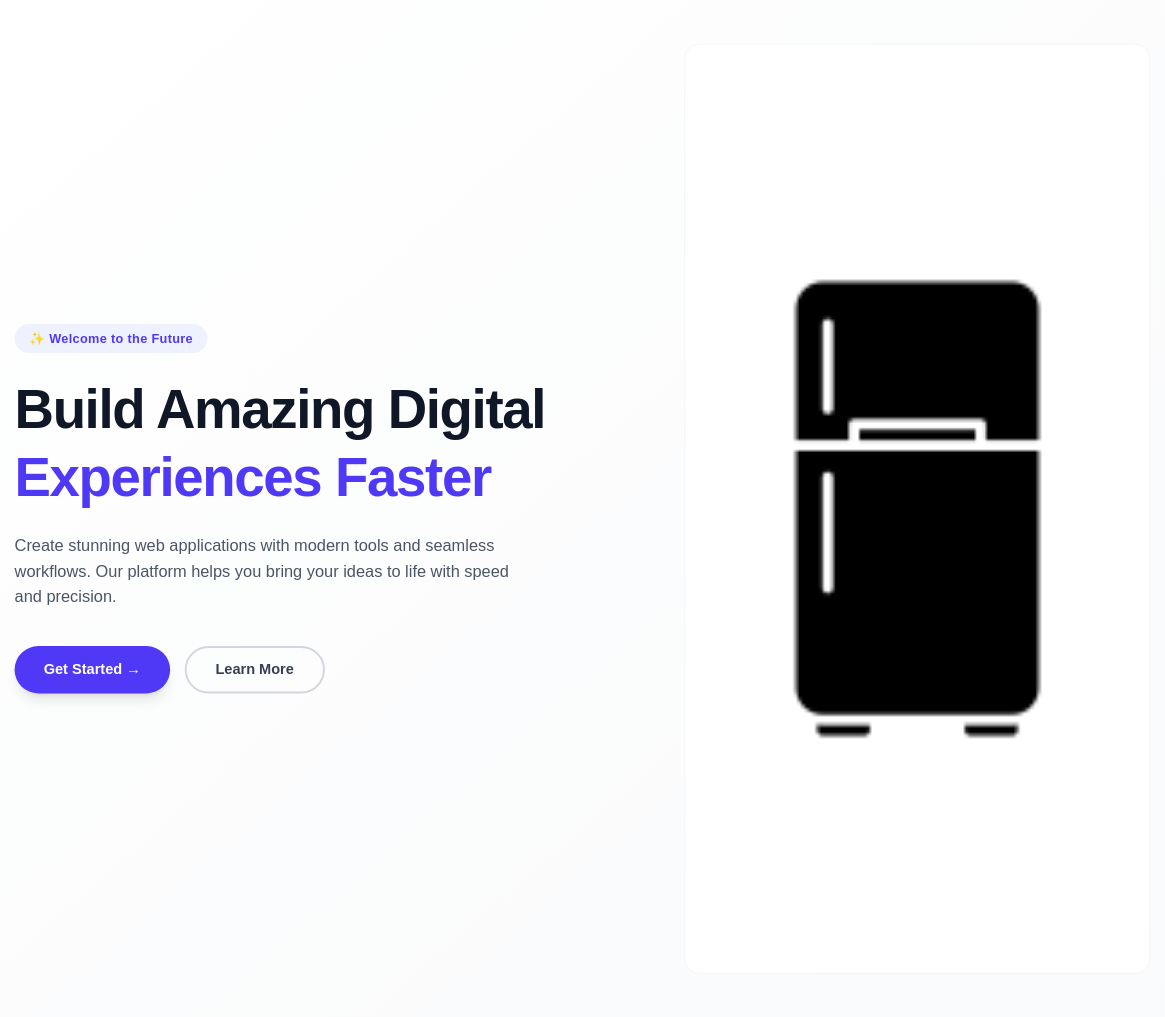
Repository: deepak445566/repai
Page: / (app in repair/)
An editor plug-in stored every save of this project. The page is shown before and after the next save, followed by the edit.
The browser window is 1280 px wide. The pictures show the whole page, at 91% of full size.
The project was rebuilt for these pictures with package versions that can differ from the ones it lists, and the page was loaded fresh each time. The framework's server and built-in components were replaced by stand-ins that run in the browser. Also part of the build but not shown: repair/next.config.mjs.

Above is the page before, as saved 2026-04-15 11:06:16.

After the next save:
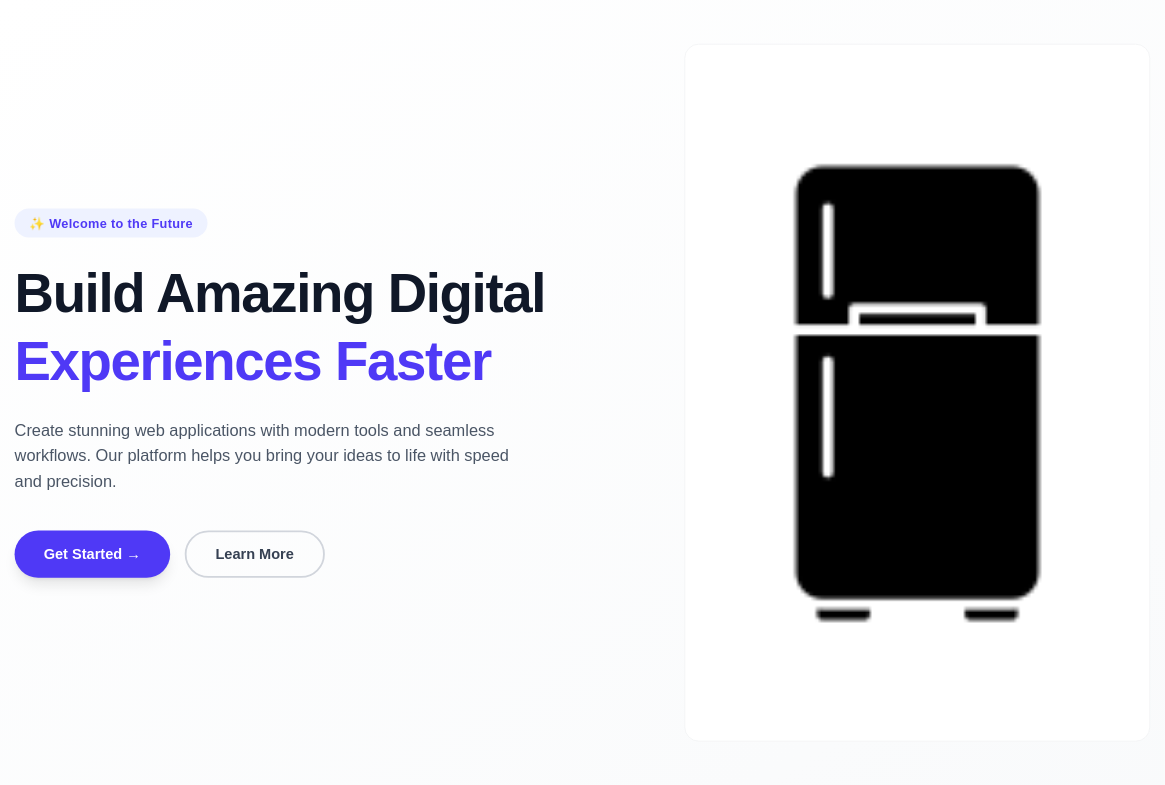
Saved 11 s later.
--- a/repair/src/components/heroPage.jsx
+++ b/repair/src/components/heroPage.jsx
@@ -41,7 +41,7 @@ export default function HeroPage() {
             <div className="relative w-full max-w-md lg:max-w-lg">
               <div className="absolute inset-0 bg-gradient-to-tr from-indigo-100 to-purple-100 rounded-2xl blur-2xl opacity-60 -z-10"></div>
               <div className="relative bg-white rounded-2xl  overflow-hidden border border-gray-100">
-                <div className="aspect-[2/4] relative">
+                <div className="aspect-[2/3] relative">
                   {/* Replace the image source with your own image URL */}
                   <Image
                     src="/images/image.png"
